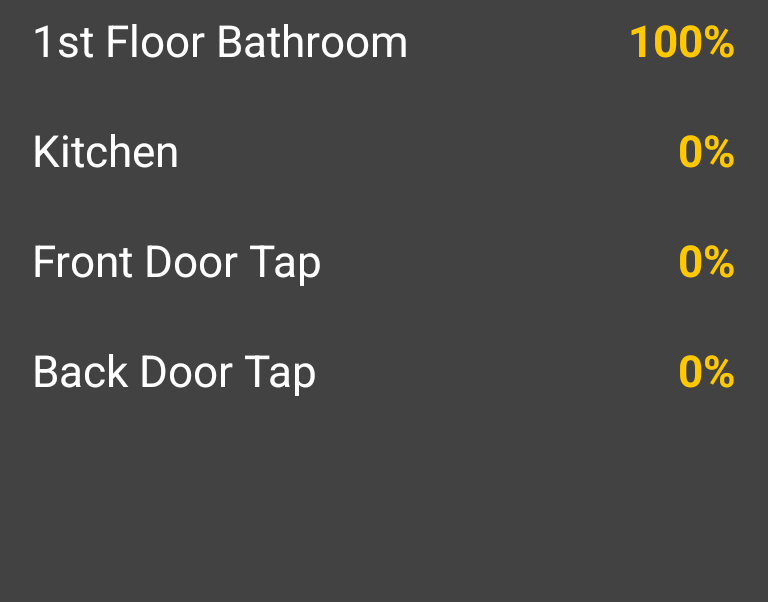
Repository: prabushitha/hydrosaver
Layout: hydrosaver/res/layout/activity_sections.xml
The author's editor kept a copy of each file at every save. The layout is drawn from the files as they stood at one save, then again after the next save.
The pictures show rows 678 to 1280 of an output 1280 px tall.
It is drawn on a 768 x 1280 px phone screen (xhdpi) without system bars, with theme AppTheme; the app's code is not run.

Above is the layout before, as saved 2016-10-09 00:42:43.

### hydrosaver/res/layout/activity_sections.xml
<RelativeLayout xmlns:android="http://schemas.android.com/apk/res/android"
    xmlns:tools="http://schemas.android.com/tools"
    android:layout_width="match_parent"
    android:layout_height="match_parent"
    android:paddingBottom="@dimen/activity_vertical_margin"
    android:paddingLeft="@dimen/activity_horizontal_margin"
    android:paddingRight="@dimen/activity_horizontal_margin"
    android:paddingTop="@dimen/activity_vertical_margin"
    tools:context="com.whileloop.hydrosaver.SectionsActivity"
    android:background="#424242"
    >

    <TableLayout
    android:layout_width="fill_parent"
    android:layout_height="fill_parent"
    android:stretchColumns="*">
	    <TableRow>
	       <Button android:id="@+id/thismonth"
	                android:layout_width="0dp"
	                android:layout_weight="1"
	                android:layout_height="wrap_content"
	                android:background="@drawable/section_button"
	                android:textColor="#FFFFFF"
	                android:text="This month"/>
	        <Button android:id="@+id/lifetime"
	                 android:layout_width="0dp"
	                 android:layout_weight="1"
	                android:layout_height="wrap_content"
	              	android:textColor="#FFFFFF"
	                android:background="@drawable/section_button"
	                android:text="Life time"/>



	    </TableRow>
	    <TableRow
	        android:minHeight="550px">
	       		<com.github.mikephil.charting.charts.PieChart
					android:layout_width="0dp"
					android:layout_weight="1"
					android:layout_height="match_parent"
					android:gravity="center"
					android:id="@+id/graphSectionPie">

				</com.github.mikephil.charting.charts.PieChart>
	    </TableRow>
	    <TableRow
	        android:layout_marginTop="5dp">

	        <TextView
		        android:layout_width="0dp"
		        android:layout_height="wrap_content"
		        android:textAppearance="?android:attr/textAppearanceLarge"
		        android:text="1st Floor Bathroom"
		        android:textColor="#ffffff"
		        android:minHeight="100px"
		        android:singleLine="true"
		        android:layout_weight="8"
		        android:ellipsize="end" />

		    <TextView
		        android:layout_width="0dp"
		        android:layout_height="wrap_content"
		        android:textAppearance="?android:attr/textAppearanceLarge"
		        android:text="100%"
		        android:textColor="#ffc800"
		        android:id="@+id/txtPrecentage"
		        android:minHeight="100px"
		        android:singleLine="false"
		        android:layout_weight="2"
		        android:textStyle="bold"
		        android:gravity="right"/>

	    </TableRow>

	    <TableRow
	        android:layout_marginTop="5dp">

	        <TextView
		        android:layout_width="0dp"
		        android:layout_height="wrap_content"
		        android:textAppearance="?android:attr/textAppearanceLarge"
		        android:text="Kitchen"
		        android:textColor="#ffffff"
		        android:minHeight="100px"
		        android:singleLine="true"
		        android:layout_weight="8"
		        android:ellipsize="end" />

		    <TextView
		        android:layout_width="0dp"
		        android:layout_height="wrap_content"
		        android:textAppearance="?android:attr/textAppearanceLarge"
		        android:text="0%"
		        android:textColor="#ffc800"
		        android:minHeight="100px"
		        android:singleLine="false"
		        android:layout_weight="2"
		        android:textStyle="bold"
		        android:gravity="right"/>

	    </TableRow>

	    <TableRow
	        android:layout_marginTop="5dp">

	        <TextView
		        android:layout_width="0dp"
		        android:layout_height="wrap_content"
		        android:textAppearance="?android:attr/textAppearanceLarge"
		        android:text="Front Door Tap"
		        android:textColor="#ffffff"
		        android:id="@+id/txtName"
		        android:minHeight="100px"
		        android:singleLine="true"
		        android:layout_weight="8"
		        android:ellipsize="end" />

		    <TextView
		        android:layout_width="0dp"
		        android:layout_height="wrap_content"
		        android:textAppearance="?android:attr/textAppearanceLarge"
		        android:text="0%"
		        android:textColor="#ffc800"
		        android:minHeight="100px"
		        android:singleLine="false"
		        android:layout_weight="2"
		        android:textStyle="bold"
		        android:gravity="right"/>

	    </TableRow>

	    <TableRow
	        android:layout_marginTop="5dp">

	        <TextView
		        android:layout_width="0dp"
		        android:layout_height="wrap_content"
		        android:textAppearance="?android:attr/textAppearanceLarge"
		        android:text="Back Door Tap"
		        android:textColor="#ffffff"
		        android:minHeight="100px"
		        android:singleLine="true"
		        android:layout_weight="8"
		        android:ellipsize="end" />

		    <TextView
		        android:layout_width="0dp"
		        android:layout_height="wrap_content"
		        android:textAppearance="?android:attr/textAppearanceLarge"
		        android:text="0%"
		        android:textColor="#ffc800"
		        android:minHeight="100px"
		        android:singleLine="false"
		        android:layout_weight="2"
		        android:textStyle="bold"
		        android:gravity="right"
		        />

	    </TableRow>


	</TableLayout>

</RelativeLayout>

### hydrosaver/res/drawable-mdpi/section_button.xml
<?xml version="1.0" encoding="utf-8"?>
<shape xmlns:android="http://schemas.android.com/apk/res/android"
  android:shape="rectangle">

  <corners android:radius="3dp" />
  <stroke android:width="5px" android:color="#FFFFFF" />
</shape>

Loaded but not shown: hydrosaver/res/values/styles.xml (common file); hydrosaver/res/values-v11/styles.xml (common file); hydrosaver/res/values-v14/styles.xml (common file); hydrosaver/res/values/dimens.xml (common file); hydrosaver/res/values-w820dp/dimens.xml (common file)

After the next save:
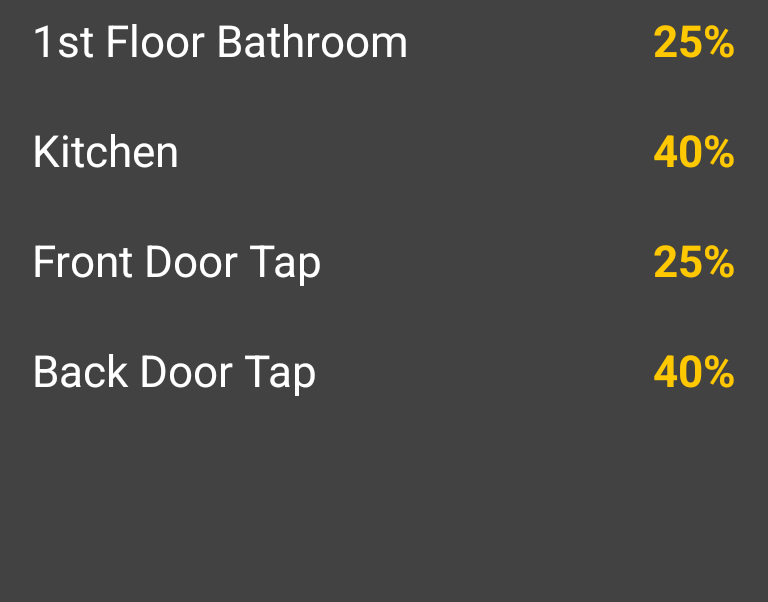
Saved 48 min 16 s later.
--- a/hydrosaver/res/layout/activity_sections.xml
+++ b/hydrosaver/res/layout/activity_sections.xml
@@ -62,7 +62,7 @@
 		        android:layout_width="0dp"
 		        android:layout_height="wrap_content"
 		        android:textAppearance="?android:attr/textAppearanceLarge"
-		        android:text="100%"
+		        android:text="25%"
 		        android:textColor="#ffc800"
 		        android:id="@+id/txtPrecentage"
 		        android:minHeight="100px"
@@ -91,7 +91,7 @@
 		        android:layout_width="0dp"
 		        android:layout_height="wrap_content"
 		        android:textAppearance="?android:attr/textAppearanceLarge"
-		        android:text="0%"
+		        android:text="40%"
 		        android:textColor="#ffc800"
 		        android:minHeight="100px"
 		        android:singleLine="false"
@@ -120,7 +120,7 @@
 		        android:layout_width="0dp"
 		        android:layout_height="wrap_content"
 		        android:textAppearance="?android:attr/textAppearanceLarge"
-		        android:text="0%"
+		        android:text="25%"
 		        android:textColor="#ffc800"
 		        android:minHeight="100px"
 		        android:singleLine="false"
@@ -148,7 +148,7 @@
 		        android:layout_width="0dp"
 		        android:layout_height="wrap_content"
 		        android:textAppearance="?android:attr/textAppearanceLarge"
-		        android:text="0%"
+		        android:text="40%"
 		        android:textColor="#ffc800"
 		        android:minHeight="100px"
 		        android:singleLine="false"
